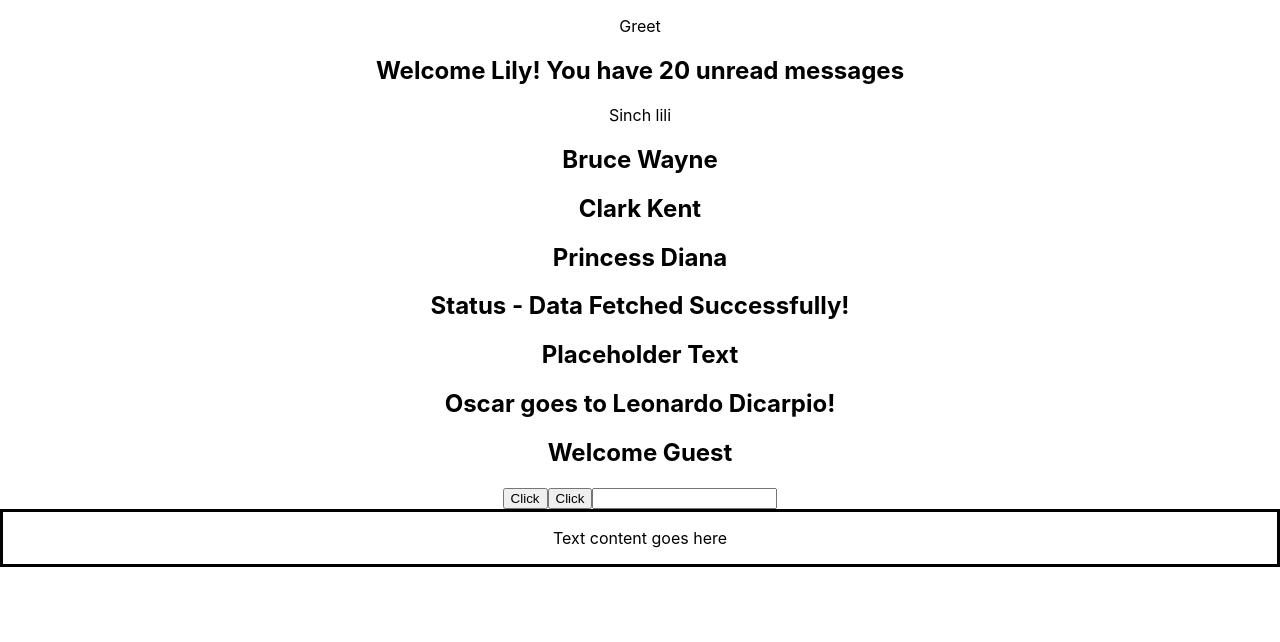
Repository: sinchana-P/react-typescript-demo
Page: /
These files come from the project's save history. The page is drawn as it stood at one moment and after a run of saves; the edit follows.
The browser window is 1280 px wide. The pictures show the whole page.
The project was rebuilt for these pictures with package versions that can differ from the ones it lists, and the page was loaded fresh each time.

Above is the page before, as saved 2023-12-03 13:49:52.

### src/App.tsx
import { log } from 'console';
import './App.css';
import Button from './components/Button';
import { Greet } from './components/Greet';
import Heading from './components/Heading';
import Oscar from './components/Oscar';
import Person from './components/Person';
import PersonList from './components/PersonList';
import Status from './components/Status';
import { Input } from './components/Input';
import { Container } from './components/Container';

// Type Inference: hover on App Component: to see the return type of App Component.
function App() {

  const personName = {
    first: "Sinch",
    last: "lili"
  }

  const nameList = [
    {
      first: "Bruce",
      last: "Wayne"
    },
    {
      first: "Clark",
      last: "Kent"
    },
    {
      first: "Princess",
      last: "Diana"
    }
  ]

  return (
    <div className="App">
      <p>Greet</p>
      <Greet name="Lily" messageCount={20} isLoggedIn={ true } />
      <Person name={personName} />
      <PersonList names={nameList} />
      <Status status="success" />
      <Heading>Placeholder Text</Heading>
      <Oscar>
        <Heading>Oscar goes to Leonardo Dicarpio!</Heading>
      </Oscar>
      <Greet name="Lily" isLoggedIn={ false } />
      {/* 6. Event Props */}
      <Button handleClick={() => {
        console.log('Button Clicked');
      }} />
      <Button handleClick={(event, id) => {
        console.log('Button Clicked', event, id);
      }} />
      <Input value='' handleChange={event => console.log(event)} />

      {/* 7. Style Props  */}
      <Container styles={{ border: '3px solid black', padding: '1rem' }} />


    </div>
  );
}

export default App;

### src/components/Button.tsx
import React from 'react'

type ButtonProps = {
  // handleClick: () => void
  handleClick: (event: React.MouseEvent<HTMLButtonElement>, id: number) => void
}

const Button = (props: ButtonProps) => {
  return (
    <button onClick={(event) => props.handleClick(event, 1)}>Click</button>
  )
}

export default Button

### src/components/Greet.tsx
import React from 'react'

type GreetProps = {
    name: string
    messageCount?: number   // to make it optional
    isLoggedIn: boolean
}

export const Greet = (props: GreetProps) => {
  const { messageCount = 0 } = props     // destructuring object & assigning a default value
  return (
    <h2>
      {
        props.isLoggedIn
          ? `Welcome ${props.name}! You have ${messageCount} unread messages`
          : `Welcome Guest`
      }

    </h2>
  )
}

// export default Greet


// 2 benefits
// 1. Autocompletion of properties suggestion
// 2. Type Safety

// Types vs Interfaces
// 1. use Types - for Application
// 2. use Interfaces - for Libraries

### src/components/Heading.tsx
import React from 'react'

type HeadingProps = {
    children: string
}

const Heading = (props: HeadingProps) => {
  return (
      <h2>{props.children}</h2>
  )
}

export default Heading

### src/components/Oscar.tsx
import React from 'react'

type OscarProps = {
    // children: string   --- wrong ---
    children: React.ReactNode
}

const Oscar = (props: OscarProps) => {
  return (
      <div>{ props.children }</div>
  )
}

export default Oscar

### src/components/Person.tsx
import React from 'react'

import { PersonProps } from './Person.types'

// type PersonProps = {
//     name: {
//         first: string
//         last: string
//     }
// }

const Person = (props: PersonProps) => {
    return (
        <div>{ props.name.first }  { props.name.last }</div>
  )
}

export default Person

### src/components/PersonList.tsx
import React from 'react'

type PersonListProps = {
    names: {
        first: string
        last: string
    }[]     // array of objects
}

const PersonList = (props: PersonListProps) => {
  return (
      <div>

          {
              props.names.map((name, index) => {
                  return (
                      <h2 key={index}>{name.first} { name.last }</h2>
                  )
              })
          }

          {/* <h2>Bruce Wayne</h2>
          <h2>Clark Kent</h2>
          <h2>Princess Diana</h2> */}
    </div>
  )
}

export default PersonList

### src/components/Status.tsx
import React from 'react'

type StatusProps = {
    // status: string
    status: 'loading' | 'success' | 'error'
}

const Status = (props: StatusProps) => {
    let message;
    if (props.status === 'loading') {
        message = 'Loading...'
    } else if (props.status === 'success') {
        message = 'Data Fetched Successfully!'
    } else if (props.status === 'error') {
        message = 'Error Fetching Data'
    }
  return (
    <div>
          <h2>Status - { message }</h2>
    </div>
  )
}

export default Status

### src/components/Input.tsx
import React from 'react'

type InputProps = {
    value: string
    handleChange: (event: React.ChangeEvent<HTMLInputElement>) => void
}

export const Input = ({ value, handleChange }: InputProps) => {

    const handleInputChange = (event: React.ChangeEvent<HTMLInputElement>) => {
        console.log(event);
    }

    return <input type='text' value={value} onChange={handleInputChange} />
}


// export const Input = (props: InputProps) => {

//     const handleInputChange = (event: React.ChangeEvent<HTMLInputElement>) => {
//         console.log(event);
//     }

//     return <input type='text' value={props.value} onChange={handleInputChange} />
// }

// export const Input = (props: InputProps) => {
//   return <input type='text' value={props.value} onChange={props.handleChange} />
// }



// Note:
// It doesn't matter if u pass the event as a prop or define it within the component,
// Typing Event Arguments remain the same.

// 1. onClick
// 2. onChange

### src/components/Container.tsx
// 7. Style Props

import React from 'react'

type ContainerProps = {
    styles: React.CSSProperties
}

export const Container = (props: ContainerProps) => {
  return (
        <div style={props.styles}>
          Text content goes here
        </div>
        // <div style={{ border: '1px solid black', padding: '1rem' }}>
        //   Text content goes here
        // </div>
  )
}

Loaded but not shown: public/index.html (common file); src/index.tsx (common file); src/index.css (common file); src/reportWebVitals.ts (common file); src/App.css (common file)

After the next 2 saves:
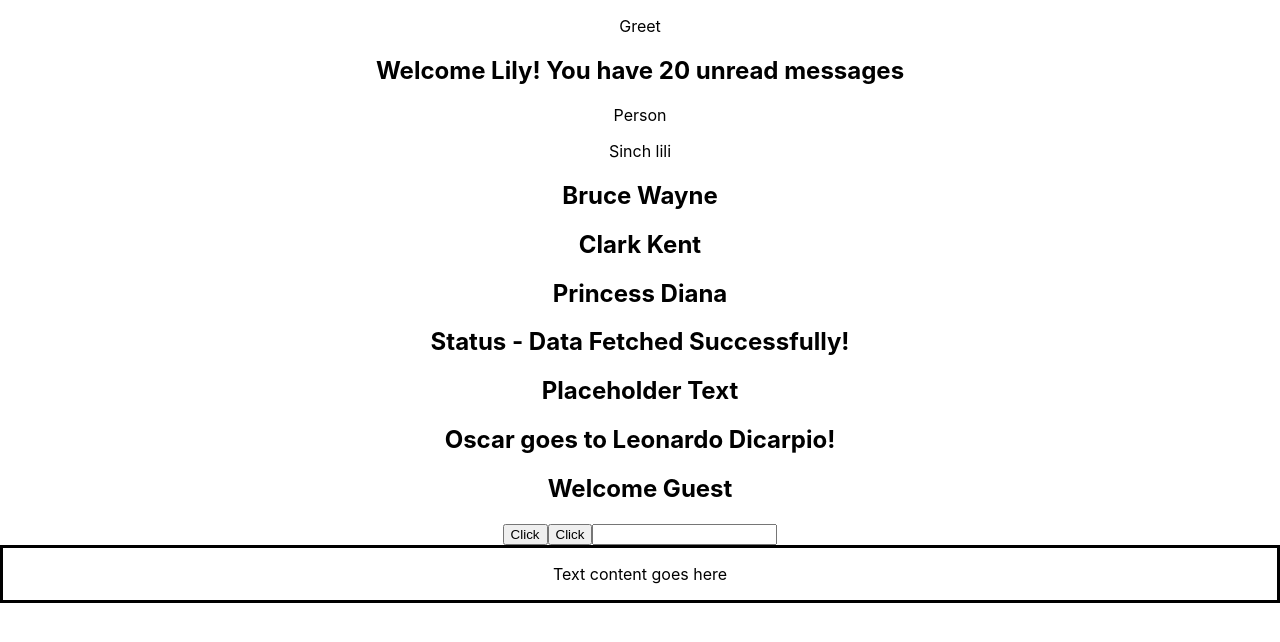
The 2 saves are shown as one change because they came seconds apart.
The last was saved 9 s later.
--- a/src/App.tsx
+++ b/src/App.tsx
@@ -37,6 +37,8 @@ function App() {
     <div className="App">
       <p>Greet</p>
       <Greet name="Lily" messageCount={20} isLoggedIn={ true } />
+
+      <p>Person</p>
       <Person name={personName} />
       <PersonList names={nameList} />
       <Status status="success" />
